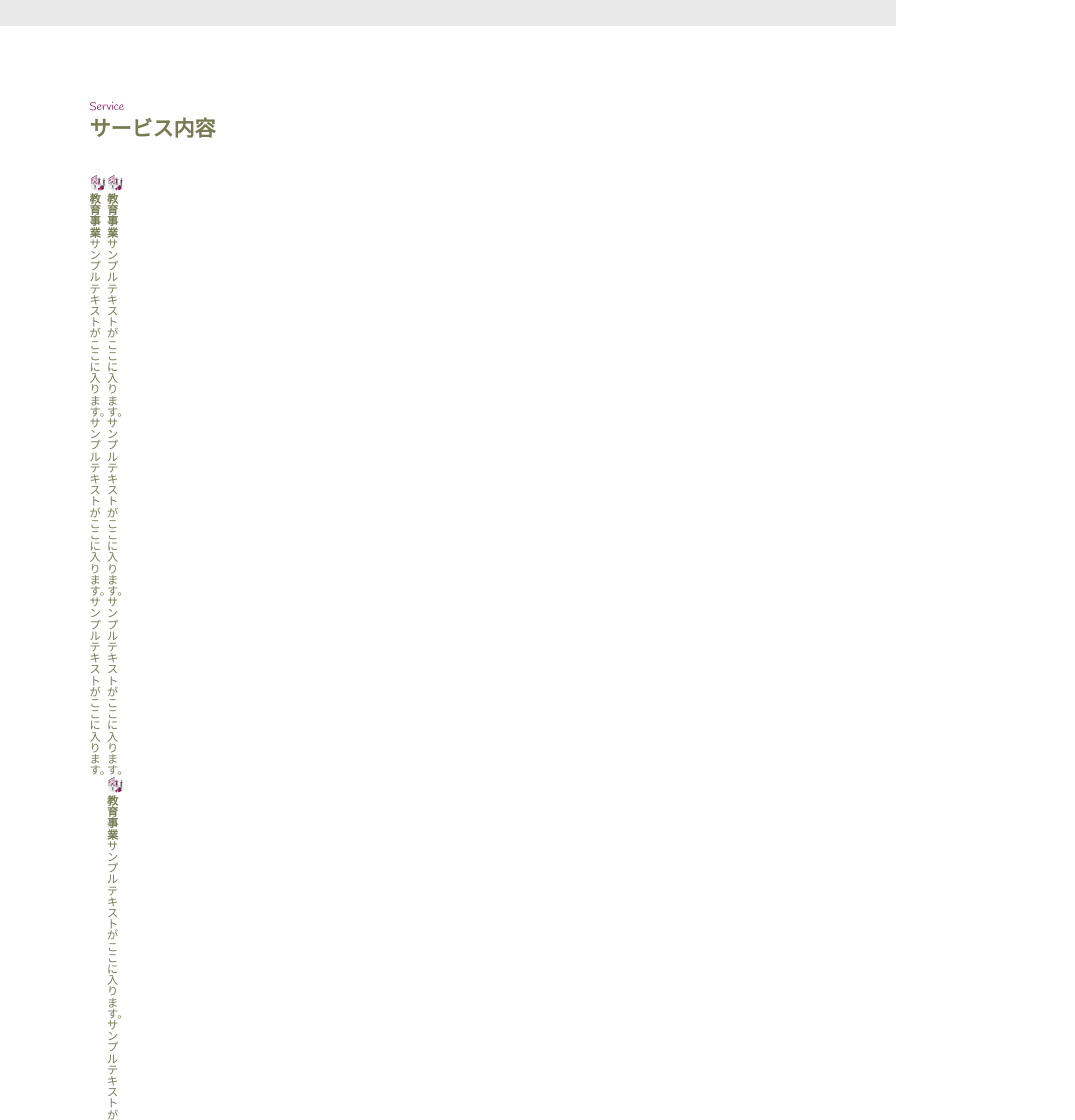
Repository: masanarimiura/20220504miura
Page: index.html
An editor plug-in stored every save of this project. The page is shown before and after a run of saves, followed by the edit.
The browser window is 1280 px wide. The page is 1536 px wide, so the pictures cover 1536 px, including what lies to the right of the window. The pictures show the part of the page from y = 1670 to 3270 px (the page is 3639 px tall before and 2121 px after), at 70% of full size.
Some web fonts or font styles are not loaded; a fallback is used.

Above is the page before, as saved 2022-05-04 21:48:53.

### index.html
<!DOCTYPE html>
<html lang="ja">

<head>
  <meta charset="UTF-8">
  <meta http-equiv="X-UA-Compatible" content="IE=edge">
  <meta name="viewport" content="width=device-width, initial-scale=1.0">
  <title>20220504miura</title>
  <link rel="stylesheet" href="css/reset.css">
  <link rel="stylesheet" href="css/style.css">
  <link rel="preconnect" href="https://fonts.googleapis.com">
  <link rel="preconnect" href="https://fonts.gstatic.com" crossorigin>
  <link href="https://fonts.googleapis.com/css2?family=Gochi+Hand&display=swap" rel="stylesheet">
  <link rel="preconnect" href="https://fonts.googleapis.com">
  <link rel="preconnect" href="https://fonts.gstatic.com" crossorigin>
  <link href="https://fonts.googleapis.com/css2?family=Handlee&display=swap" rel="stylesheet">
</head>

<header class="header">
  <div class="header-inner">
    <div class="header-logo">
      <a href="">ssssssss
        <img src="img/estra_logo.png" alt="">
      </a>
    </div>
    <nav class="header-nav">
      <ul class="header-nav-list">
        <li class="header-nav-item"><a href="" class="header-nav-link">
            News
          </a></li>
        <li class="header-nav-item"><a href="" class="header-nav-link">
            About
          </a></li>
        <li class="header-nav-item"><a href="" class="header-nav-link">
            Service
          </a></li>
        <li class="header-nav-item"><a href="" class="header-nav-link">
            Blog
          </a></li>
        <li class="header-nav-item"><a href="" class="header-nav-link">
            Company
          </a></li>
        <li class="header-nav-item"><a href="" class="header-nav-link">
            Contact
          </a></li>
      </ul>
    </nav>
  </div>
</header>
<div class="firstview">
  <img src="img/firstview.jpg" alt="">
  <div class="firstview-inner">
    <h2 class="firstview-ttl">
      Commit to the <span class="firstview-text-emphasis">growth</span> <br>for everone
    </h2>
    <div class="firstview">
      <p class="firstview-text">
        全ての人の<span class="firstview-text-emphasis">成長</span>にコミットする
      </p>
      <p class="firstview-en">
        Educational Technology Company <br>estra inc 2019
      </p>
    </div>
  </div>
</div>
<div class="news">
  <p class="news-icon icon">News</p>
  <h2 class="news-ttl">新着情報
  </h2>
  <table class="news-table">
    <tr class="news-table-tr">
      <td class="news-table-date">2021/01/01</td>
      <td class="news-table-news">ニュース</td>
      <td class="news-table-text">COACHTECHのサービスが開始されました。</td>
    </tr>
    <tr class="news-table-tr">
      <td class="news-table-date">2021/01/01</td>
      <td class="news-table-news">ニュース</td>
      <td class="news-table-text">COACHTECHのサービスが開始されました。</td>
    </tr>
    <tr class="news-table-tr">
      <td class="news-table-date">2021/01/01</td>
      <td class="news-table-news">ニュース</td>
      <td class="news-table-text">COACHTECHのサービスが開始されました。</td>
    </tr>
    <tr class="news-table-tr">
      <td class="news-table-date">2021/01/01</td>
      <td class="news-table-news">ニュース</td>
      <td class="news-table-text">COACHTECHのサービスが開始されました。</td>
    </tr>
    <tr class="news-table-tr">
      <td class="news-table-date">2021/01/01</td>
      <td class="news-table-news">ニュース</td>
      <td class="news-table-text">COACHTECHのサービスが開始されました。</td>
    </tr>
  </table>
</div>
<div class="about">
  <div class="about-top">
    <div class="about-icon icon">About</div>
    <h2 class="about-ttl">Technology x Coaching</h2>
  </div>
  <div class="about-inner">
    <div class="about-text">
      <p class="about-text-content">
        株式会社estraはデジタル化が遅れている教育業界に最新テクノロジーを導入することによって教育のDXを実現します。　<br><br>
        独自のオペレーションとコーチングを融合した新しい教育の仕組みにより、一人ひとりに合わせた最適な教育を提供します。
      </p>
    </div>
    <img src="img/about.jpg" alt="">
  </div>
</div>
<div class="service">
  <div class="service-top">
    <div class="service-icon icon">Service</div>
    <h2 class="service-ttl">サービス内容</h2>
  </div>
  <div class="service-box">
    <div class="service-box1">
      <img src="img/service__first.svg" alt="" class="service-img">
      <h3 class="service-box-ttl1">教育事業</h3>
      <p class="service-box-text1">サンプルテキストがここに入ります。サンプルテキストがここに入ります。サンプルテキストがここに入ります。</p>
    </div>
    <div class="service-box2">
      <img src="img/service__first.svg" alt="" class="service-img">
      <h3 class="service-box-ttl2">教育事業</h3>
      <p class="service-box-text2">サンプルテキストがここに入ります。サンプルテキストがここに入ります。サンプルテキストがここに入ります。</p>
    </div>
    <div class="service-box3">
      <img src="img/service__first.svg" alt="" class="service-img">
      <h3 class="service-box-ttl3">教育事業</h3>
      <p class="service-box-text3">サンプルテキストがここに入ります。サンプルテキストがここに入ります。サンプルテキストがここに入ります。</p>
    </div>
  </div>
</div>

<body>

</body>

</html>

### css/style.css
* {
  color: rgb(120, 123, 82);
}
a {
  text-decoration: none;
  color: inherit;
}
.header {
  width: 100%;
}
.header-inner {
  display: flex;
  justify-content: space-between;
  margin: 10px 20px;
}
.header img {
  width: 100px;
}
.header-nav {
  margin: 10px 20px;
}
.header-nav-list {
  display: flex;
  justify-content: center;
}
.header-nav-item:not(:last-child) {
  padding-right: 20px;
}
.firstview {
  width: 100%;
  position: relative;
}
.firstview-inner {
  position: absolute;
  top: 20%;
  left: 20%;
  width: 100%;
}
.firstview img {
  width: 60%;
  margin: 0 0 0 auto;
  display: block;
}
.firstview-ttl {
  color: rgb(119, 21, 70);
  font-size: 50px;
  font-family: "Gochi Hand", cursive;
  line-height: 1.5;
}
.firstview-text {
  color: rgb(119, 21, 70);
  font-size: 20px;
  margin-top: 30px;
}
.firstview-en {
  line-height: 1.5;
  margin-top: 10px;
}
.firstview-text-emphasis {
  color: rgb(32, 134, 172);
  font-weight: bold;
}
.news {
  margin: 100px auto 0;
  width: 60%;
}
.icon {
  color: rgb(153, 21, 92);
  font-family: "Handlee", cursive;
  line-height: 2;
}
.news-ttl {
  font-size: 30px;
  color: rgb(114, 110, 95);
}
.news-table {
  align-items: center;
  border-top: 2px solid rgb(114, 110, 95);
  border-bottom: 2px solid rgb(114, 110, 95);
  margin-top: 20px;
}
.news-table-tr {
  border-bottom: 1px solid rgb(182, 177, 160);
  padding: 30px 0;
}
.news-table-tr td {
  padding: 20px 20px 20px 0;
}
.news-table-news {
  background-color: brown;
  display: inline-block;
  padding: 1px 1px;
  border-radius: 6px;
  margin: 0 0;
  text-align: center;
  align-items: center;
  color: #fff;
}
.about {
  width: 100%;
  background-color: rgb(233, 233, 233);
  margin-top: 100px;
  line-height: 1.5;
  height: 500px;
  padding: 50px 0 20px;
}
.about-top {
  text-align: center;
  margin: 20px;
}
.about-ttl {
  font-size: 30px;
  margin-bottom: 50px;
}
.about-inner {
  display: flex;
  justify-content: space-around;
}
.about-text {
  width: 30%;
}
.about-inner img {
  width: 30%;
}
.service {
  width: 80%;
  margin: 100px auto 0;
}
.service-top {
  margin-bottom: 50px;
}
.service-ttl {
  font-size: 30px;
}
.service-box {
  display: grid;
  grid-template-rows: 50% 50%;
  grid-template-columns: 50% 50%;
}
.service-box {
  width: 50px;
}
.service-box1 {
  grid-column: 1/2;
  grid-row: 1/3;
}
.service-box2 {
  grid-column: 2/3;
  grid-row: 1/2;
}
.service-box3 {
  grid-column: 2/3;
  grid-row: 2/3;
}

Loaded but not shown: css/reset.css (common file)

After the next 3 saves:
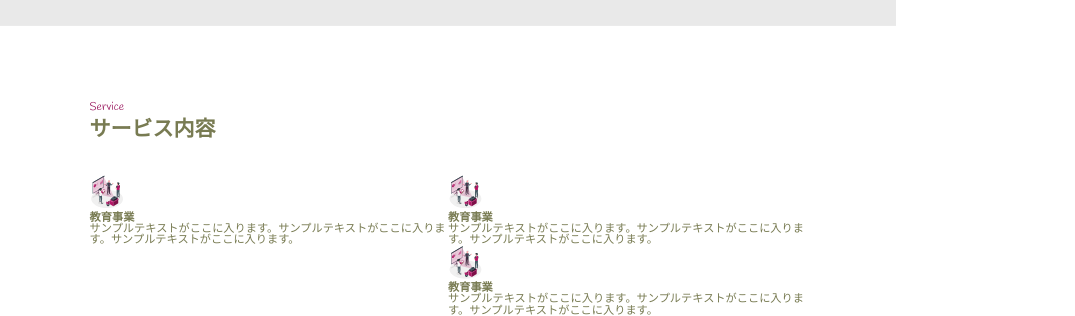
The 3 saves are shown as one change because they came seconds apart.
The last was saved 10 s later.
--- a/css/style.css
+++ b/css/style.css
@@ -137,7 +137,7 @@ a {
   grid-template-rows: 50% 50%;
   grid-template-columns: 50% 50%;
 }
-.service-box {
+.service-box img {
   width: 50px;
 }
 .service-box1 {
